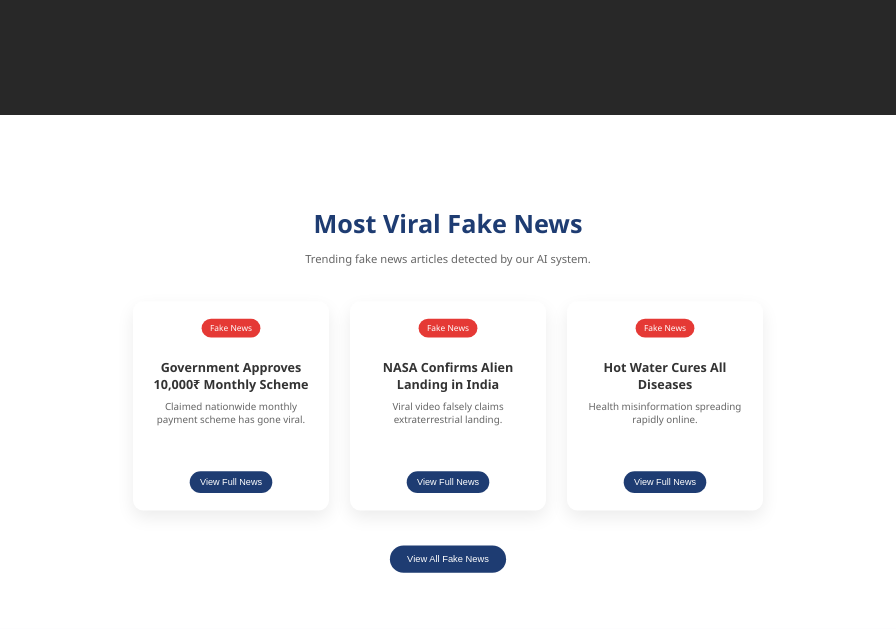
Repository: asadpathan2002-bot/Sprint1
Page: frontend/index.html
These files come from the project's save history. The page is drawn as it stood at one moment and after the next save; the edit follows.
The browser window is 1280 px wide. The pictures show the part of the page from y = 556 to 2476 px (the page is 1454 px tall before and 2476 px after), at 70% of full size.
Pictures or frames that could not be fetched are drawn as grey boxes.

Above is the page before, as saved 2026-03-03 13:23:01.

After the next save:
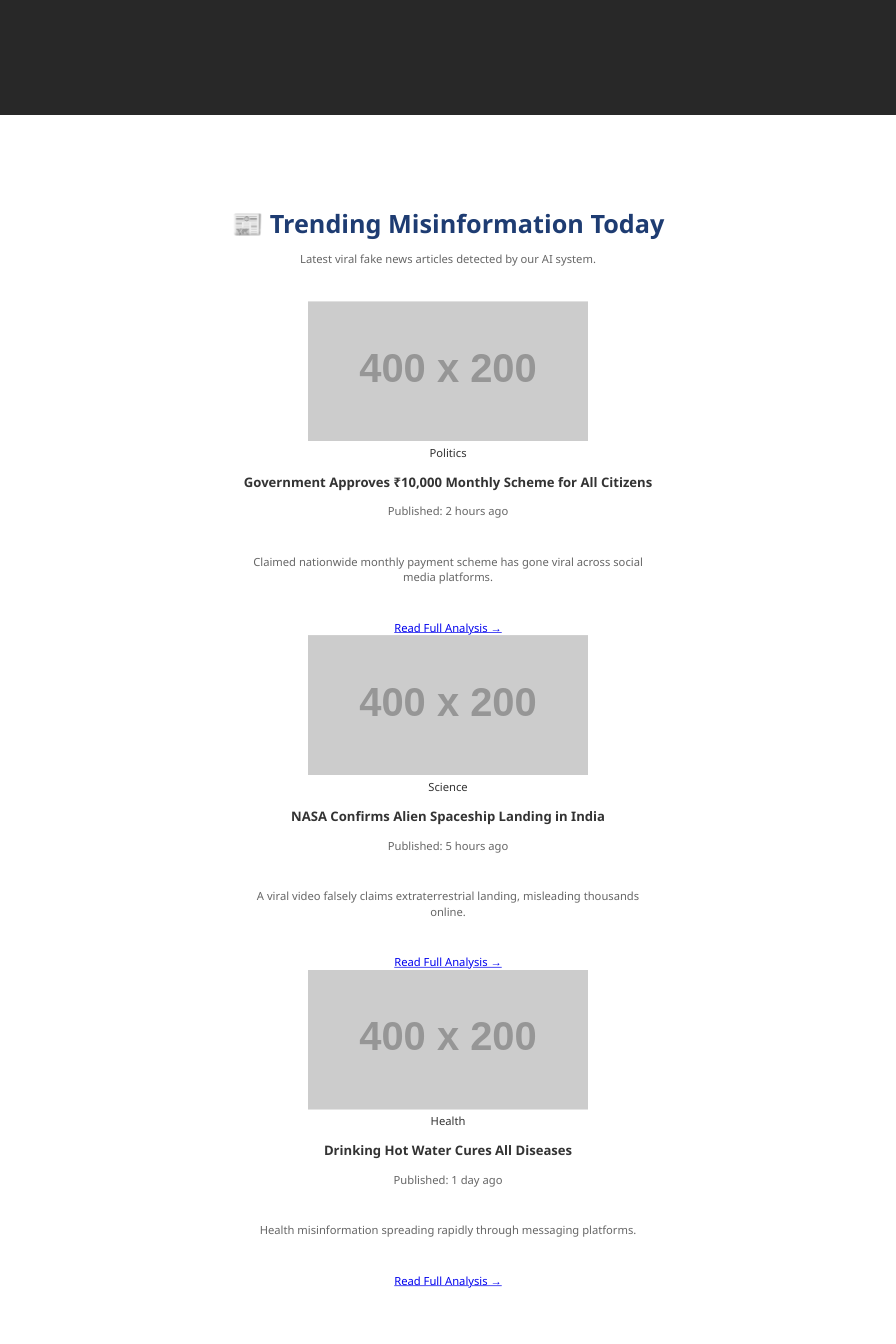
Saved 14 min 31 s later.
--- a/frontend/index.html
+++ b/frontend/index.html
@@ -244,40 +244,50 @@ body {
         Check News Now
     </button>
 </div>
-
+<!-- TRENDING MISINFORMATION SECTION -->
 <div class="section">
-    <h2>Most Viral Fake News</h2>
-    <p>Trending fake news articles detected by our AI system.</p>
-
-    <div class="card-container">
-
-        <div class="card">
-            <span class="tag">Fake News</span>
-            <h3>Government Approves 10,000₹ Monthly Scheme</h3>
-            <p>Claimed nationwide monthly payment scheme has gone viral.</p>
-            <button>View Full News</button>
+
+    <h2>📰 Trending Misinformation Today</h2>
+    <p>Latest viral fake news articles detected by our AI system.</p>
+
+    <div class="news-grid">
+
+        <!-- Article 1 -->
+        <div class="news-card">
+            <img src="https://via.placeholder.com/400x200" alt="news">
+            <div class="news-content">
+                <span class="category">Politics</span>
+                <h3>Government Approves ₹10,000 Monthly Scheme for All Citizens</h3>
+                <p class="meta">Published: 2 hours ago</p>
+                <p>Claimed nationwide monthly payment scheme has gone viral across social media platforms.</p>
+                <a href="#">Read Full Analysis →</a>
+            </div>
         </div>
 
-        <div class="card">
-            <span class="tag">Fake News</span>
-            <h3>NASA Confirms Alien Landing in India</h3>
-            <p>Viral video falsely claims extraterrestrial landing.</p>
-            <button>View Full News</button>
+        <!-- Article 2 -->
+        <div class="news-card">
+            <img src="https://via.placeholder.com/400x200" alt="news">
+            <div class="news-content">
+                <span class="category">Science</span>
+                <h3>NASA Confirms Alien Spaceship Landing in India</h3>
+                <p class="meta">Published: 5 hours ago</p>
+                <p>A viral video falsely claims extraterrestrial landing, misleading thousands online.</p>
+                <a href="#">Read Full Analysis →</a>
+            </div>
         </div>
 
-        <div class="card">
-            <span class="tag">Fake News</span>
-            <h3>Hot Water Cures All Diseases</h3>
-            <p>Health misinformation spreading rapidly online.</p>
-            <button>View Full News</button>
+        <!-- Article 3 -->
+        <div class="news-card">
+            <img src="https://via.placeholder.com/400x200" alt="news">
+            <div class="news-content">
+                <span class="category">Health</span>
+                <h3>Drinking Hot Water Cures All Diseases</h3>
+                <p class="meta">Published: 1 day ago</p>
+                <p>Health misinformation spreading rapidly through messaging platforms.</p>
+                <a href="#">Read Full Analysis →</a>
+            </div>
         </div>
 
-    </div>
-
-    <div class="view-all">
-        <button onclick="window.location.href='fake-news.html'">
-            View All Fake News
-        </button>
     </div>
 
 </div>
